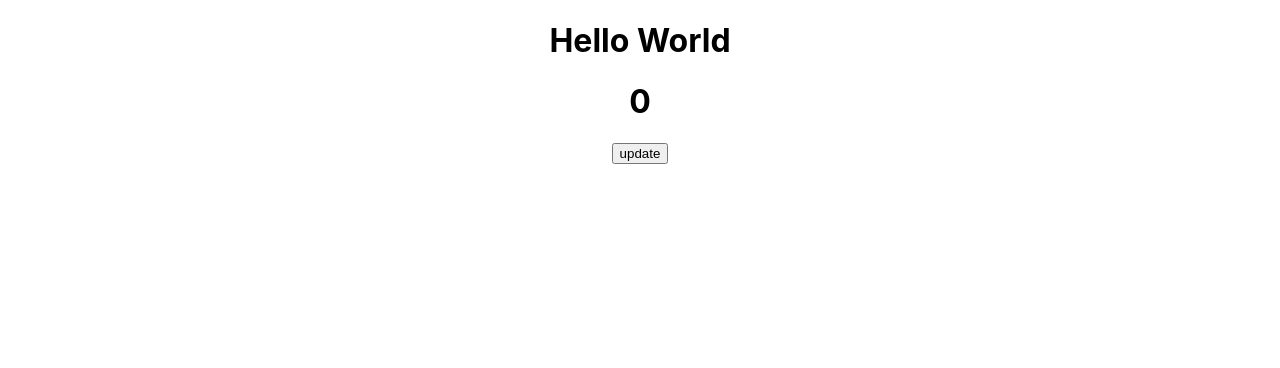
Repository: DeepikaSuretek/React
Page: / (app in practice-app/)
The author's editor kept a copy of each file at every save. The page is drawn from the files as they stood at one save, then again after the next save.
The browser window is 1280 px wide. The pictures show the whole page.
The project was rebuilt for these pictures with package versions that can differ from the ones it lists, and the page was loaded fresh each time.

Above is the page before, as saved 2024-07-08 19:40:43.

### practice-app/src/App.js
import './App.css';
//import User from './class-component/class';
import Fun from './functional-component/function'

function App() {
  return (
    <div className="App">
     <h1>Hello World</h1>
     <Fun name="Deepika"/>
    </div>
  );
}

export default App;

### practice-app/src/App.css
.App {
  text-align: center;
}

.App-logo {
  height: 40vmin;
  pointer-events: none;
}

@media (prefers-reduced-motion: no-preference) {
  .App-logo {
    animation: App-logo-spin infinite 20s linear;
  }
}

.App-header {
  background-color: #282c34;
  min-height: 100vh;
  display: flex;
  flex-direction: column;
  align-items: center;
  justify-content: center;
  font-size: calc(10px + 2vmin);
  color: white;
}

.App-link {
  color: #61dafb;
}

@keyframes App-logo-spin {
  from {
    transform: rotate(0deg);
  }
  to {
    transform: rotate(360deg);
  }
}

.loader{
  height: 100px;
  width: 100px;
  border: 8px solid;
  border-color: black black black red;
  border-radius: 50%;
  animation: App-logo-spin 2s linear infinite;
}

### practice-app/src/functional-component/function.js
import { useState } from "react";

function Fun() {
    const [count,setCount] = useState(0);
    function updateCount(){
       setCount(count+1);
    }
    return(
        <div>
            <h1>{count} </h1>
            <h2>{}</h2>
            <button onClick={updateCount}>update</button>
        </div>

    )
}

export default Fun;

### practice-app/src/class-component/class.js
import { Component } from "react"

class User extends Component{
    constructor(){
        super();
        this.state = {
            data:'Deepika'
        }
    }

    changeData(){
        this.setState({data:"changes"});
    }
    render(){
        return(
           <div><h1>Hello {this.state.data}</h1>
           <button onClick={()=>this.changeData()}>Update</button>
           </div>

        )
    }
}

export default User;

Loaded but not shown: practice-app/public/index.html (common file); practice-app/src/index.js (common file); practice-app/src/index.css (common file); practice-app/src/reportWebVitals.js (common file)

After the next save:
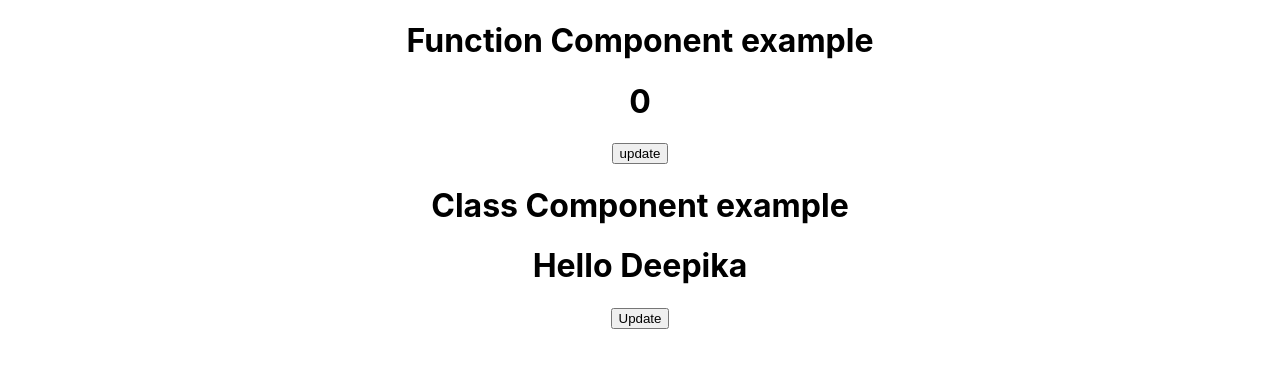
Saved 95 s later.
--- a/practice-app/src/App.js
+++ b/practice-app/src/App.js
@@ -1,12 +1,14 @@
 import './App.css';
-//import User from './class-component/class';
+import User from './class-component/class';
 import Fun from './functional-component/function'
 
 function App() {
   return (
     <div className="App">
-     <h1>Hello World</h1>
+     <h1>Function Component example</h1>
      <Fun name="Deepika"/>
+     <h1>Class Component example</h1>
+     <User></User>
     </div>
   );
 }
